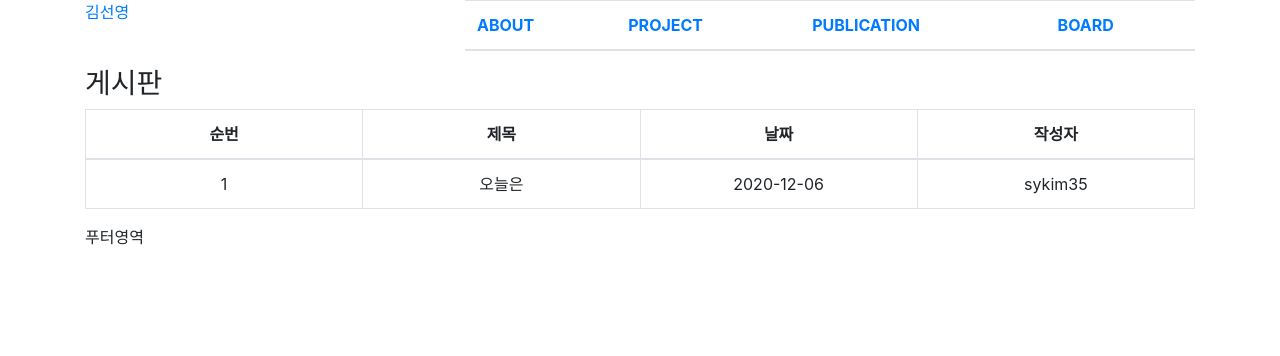
Repository: supremest35/web-projects
Page: http://localhost/noticeboard/board/list.jsp
An editor plug-in stored every save of this project. The page is shown before and after the next save, followed by the edit.
The browser window is 1280 px wide. The pictures show the whole page.
The page is served by Tomcat 9.

Above is the page before, as saved 2020-12-06 03:48:36.

After the next save:
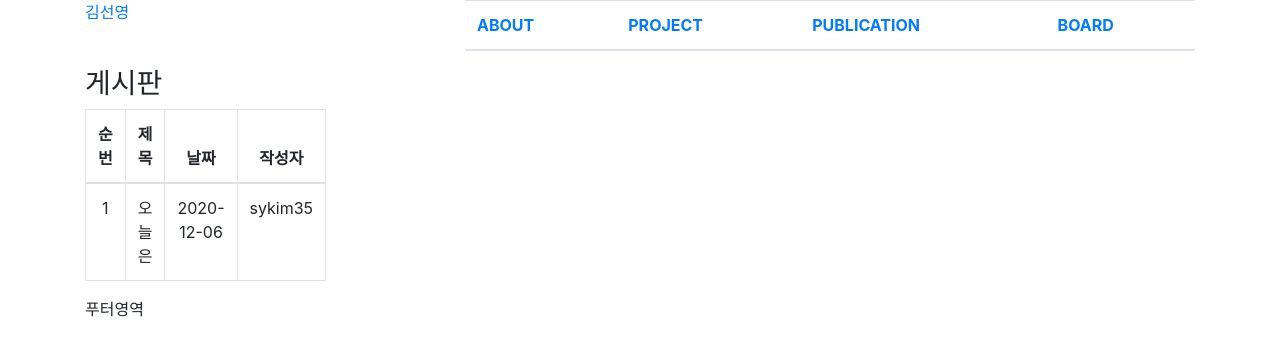
Saved 80 s later.
--- a/noticeboard/WebContent/board/list.jsp
+++ b/noticeboard/WebContent/board/list.jsp
@@ -11,7 +11,7 @@
   <script src="https://cdnjs.cloudflare.com/ajax/libs/popper.js/1.16.0/umd/popper.min.js"></script>
   <script src="https://maxcdn.bootstrapcdn.com/bootstrap/4.5.2/js/bootstrap.min.js"></script>
   <style>
-  	#table th, td {
+  	#table {
   		width:100px;
   		text-align: center;
   	}

After the save that followed:
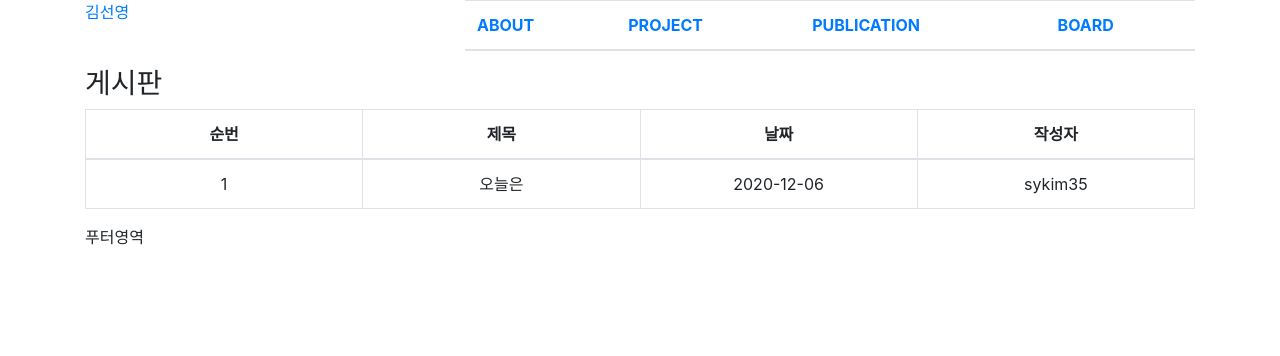
Saved 7 s later.
--- a/noticeboard/WebContent/board/list.jsp
+++ b/noticeboard/WebContent/board/list.jsp
@@ -11,7 +11,7 @@
   <script src="https://cdnjs.cloudflare.com/ajax/libs/popper.js/1.16.0/umd/popper.min.js"></script>
   <script src="https://maxcdn.bootstrapcdn.com/bootstrap/4.5.2/js/bootstrap.min.js"></script>
   <style>
-  	#table {
+  	#table th, td {
   		width:100px;
   		text-align: center;
   	}
